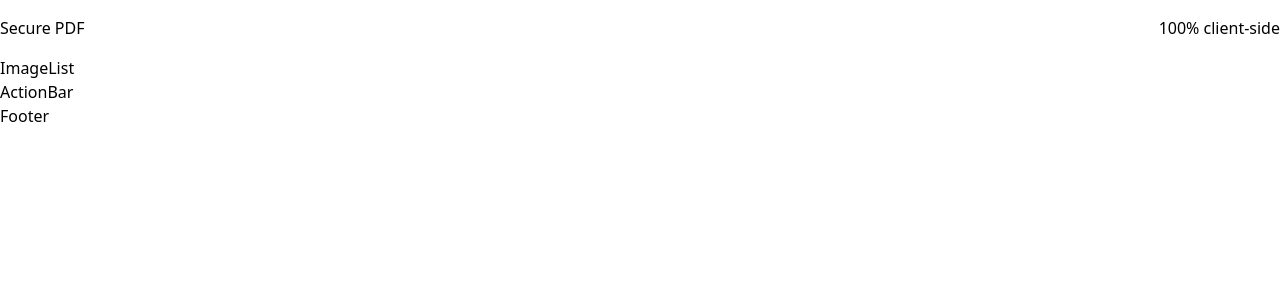
Repository: Cozmoss/TFE_IFAPME
Page: /
The author's editor kept a copy of each file at every save. The page is drawn from the files as they stood at one save, then again after a run of saves.
The browser window is 1280 px wide. The pictures show the whole page.
The project was rebuilt for these pictures with package versions that can differ from the ones it lists, and the page was loaded fresh each time. Also part of the build but not shown: vite.config.js.

Above is the page before, as saved 2026-04-12 12:04:42.

After the next 3 saves:
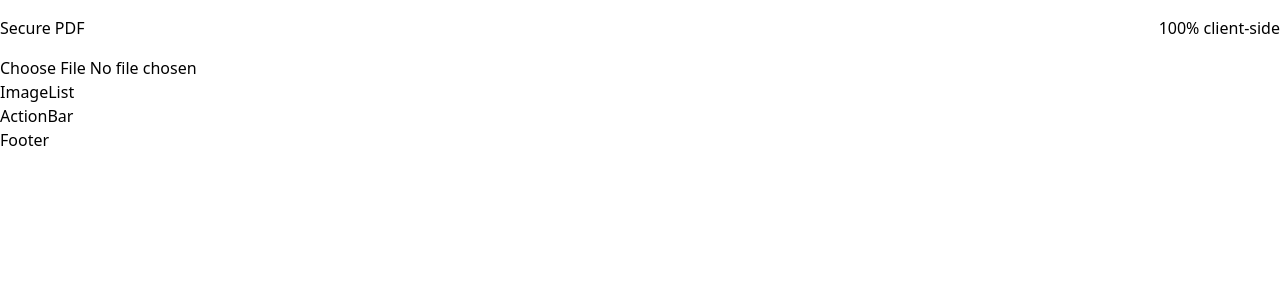
The 3 saves are shown as one change because they came seconds apart.
The last was saved 10 s later.
--- a/src/components/ImageDropZone.jsx
+++ b/src/components/ImageDropZone.jsx
@@ -4,7 +4,7 @@ export default function ImageDropZone() {
   return (
     <section>
         <form action="">
-
+            <input type="file"  />
         </form>
     </section>
   )
